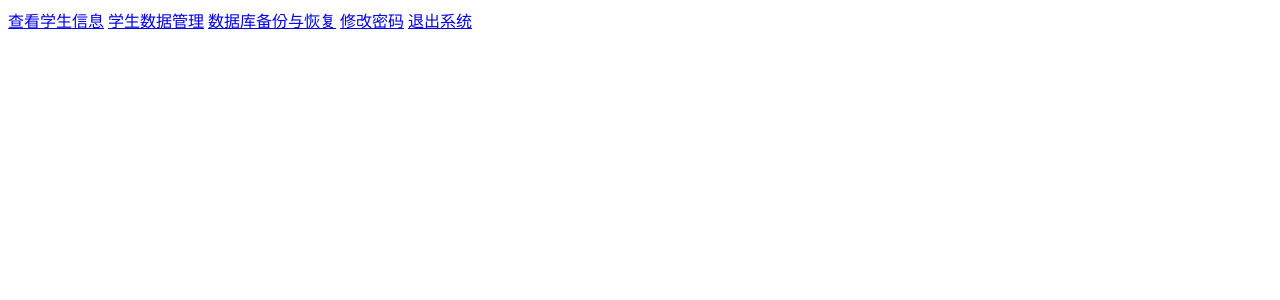
Repository: CityPace/demo
Page: http://localhost/demo/includes/menu.jsp
These files come from the project's save history. The page is drawn as it stood at one moment and after the next save; the edit follows.
The browser window is 1280 px wide. The pictures show the whole page.
The page is served by Tomcat 9.

Above is the page before, as saved 2018-04-19 14:04:55.

After the next save:
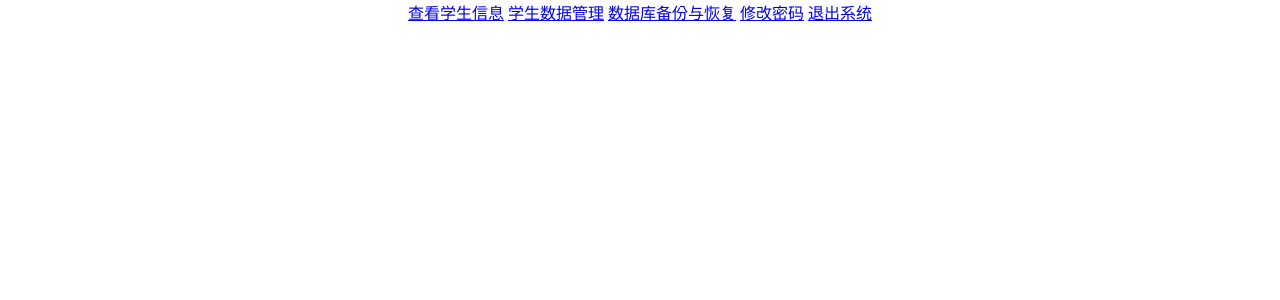
Saved 39 s later.
--- a/demo/demo/WebContent/includes/menu.jsp
+++ b/demo/demo/WebContent/includes/menu.jsp
@@ -5,6 +5,7 @@
 <head>
 <meta http-equiv="Content-Type" content="text/html; charset=utf-8">
 <title>Insert title here</title>
+<link href="web/css/Login.css" type="text/css" rel = "stylesheet">
 </head>
 <body>
 <div>
